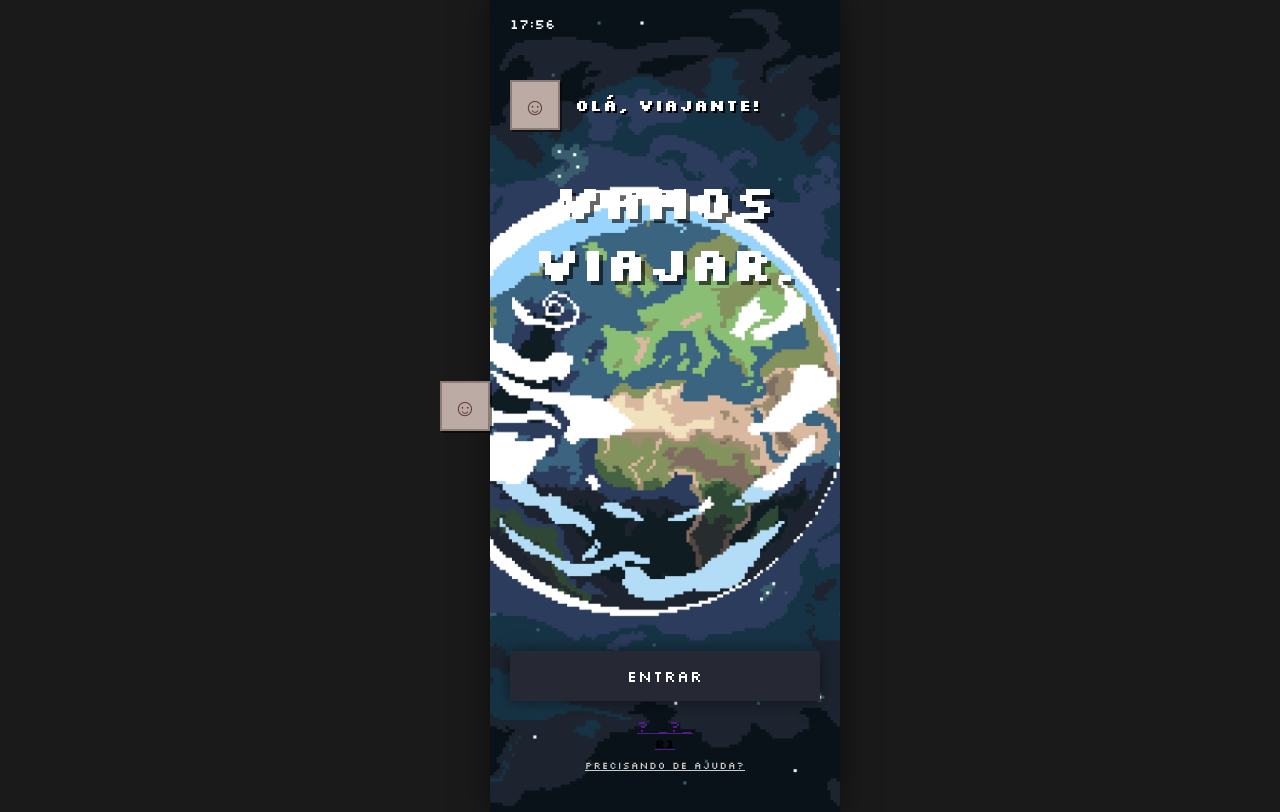
Repository: Davsool/Passport
Page: home.html
The author's editor kept a copy of each file at every save. The page is drawn from the files as they stood at one save, then again after the next save.
The browser window is 1280 px wide. The pictures show the whole page.

Above is the page before, as saved 2025-12-30 01:19:54.

### home.html
<!DOCTYPE html>
<html lang="pt-br">
<head>
    <meta charset="UTF-8">
    <meta name="viewport" content="width=device-width, initial-scale=1.0">
    <title>Nosso Mundinho - Home</title>

    <link rel="preconnect" href="https://fonts.googleapis.com">
    <link rel="preconnect" href="https://fonts.gstatic.com" crossorigin>
    <link href="https://fonts.googleapis.com/css2?family=Silkscreen:wght@400;700&display=swap" rel="stylesheet">

    <link rel="stylesheet" href="style.css">
</head>
<body>
         <div class="avatar-display">
    <img id="userAvatarDisplay" src="" alt="Avatar" style="display: none;">
    <div id="defaultIcon" class="default-face">☺</div>

    <div id="userMenu" class="user-menu">
        <button class="menu-btn-option" onclick="irParaPerfil()">EDITAR PERFIL</button>
        <button class="menu-btn-option" onclick="irParaHome()">VOLTAR PRA HOME</button>
        <button class="menu-btn-option" onclick="sairDoApp()" style="color: #ff5555;">SAIR</button>
    </div>
</div>


    <!-- Tela Home (Terra) -->
    <div class="phone-screen screen-earth">

        <!-- O REMENDO (PATCH) PARA O FUNDO -->
        <div class="bg-patch"></div>

        <header class="status-bar">
            <span id="relogio">--:--</span>
        </header>

        <main class="content content-home">

            <!-- Cabeçalho com Foto e Nome -->
            <div class="home-header">
                <div class="avatar-display">
                    <img id="userAvatarDisplay" src="" alt="Avatar" style="display: none;">
                    <div id="defaultIcon" class="default-face">☺</div>
                </div>

                <h2 class="greeting-text" id="saudacaoNome">OLÁ, VIAJANTE!</h2>
            </div>

            <!-- Título Principal -->
            <h1 class="travel-title">VAMOS<br>VIAJAR.</h1>

            <!-- Botão Entrar e Ajuda -->
            <div class="home-footer">
                <button class="btn-submit btn-home">ENTRAR</button>

                <!-- Container para o botão ? e o link de ajuda -->
                <div class="help-container">

                    <!-- BOTÃO GLITCH DE AJUDA (?) -->
                    <a href="" target="_blank" class="radio-wrapper help-btn-wrapper">
                        <div class="btn">
                            ?
                            <span class="btn__glitch">_?_</span>
                            <label class="number">r1</label>
                        </div>
                    </a>

                    <a href="#" class="help-link">PRECISANDO DE AJUDA?</a>
                </div>
            </div>

        </main>

        <!-- === MODAL / CAIXA FLUTUANTE === -->
        <div id="modalOverlay" class="modal-overlay" style="display: none;">
            <div class="modal-box">
                <!-- Botão Fechar (Imagem) -->
                <img src="src/fechar.png" id="closeModal" class="close-btn-img" alt="Fechar">

                <h3 class="modal-title">ACESSO RESTRITO</h3>
                <p class="modal-desc">INSIRA O CÓDIGO DE 6 DÍGITOS:</p>

                <input type="text" id="inputCodigo" maxlength="6" placeholder="000000" autocomplete="off">

                <button id="btnValidarCodigo" class="btn-submit btn-modal">CONFIRMAR</button>
            </div>
        </div>
        <!-- === FIM DO MODAL === -->

    </div>

    <script src="script.js"></script>
</body>
</html>

### style.css
/* ================================================== */
/* 1. RESET E ESTRUTURA BÁSICA                        */
/* ================================================== */
* {
    margin: 0;
    padding: 0;
    box-sizing: border-box;
    font-family: 'Silkscreen', cursive;
}

body {
    background-color: #1a1a1a;
    display: flex;
    justify-content: center;
    align-items: center;
    min-height: 100vh;
}

/* A moldura do telemóvel */
.phone-screen {
    width: 350px; /* Ajuste para 315px se preferir mais estreito */
    height: 812px;
    /* Imagem de fundo da moldura */
    background-image: url('src/pink.gif');
    background-size: cover;
    background-position: center;
    position: relative;
    overflow: hidden;
    box-shadow: 0 0 30px rgba(0,0,0,0.5);
    display: flex;
    flex-direction: column;
}

/* Barra de Status (Relógio) */
.status-bar {
    padding: 15px 20px;
    display: flex;
    justify-content: space-between;
    align-items: center;
    color: #fff;
    font-size: 14px;
    position: absolute;
    top: 0; left: 0; width: 100%;
    z-index: 10;
}

/* Contentor Padrão (Login/Registo) */
.content {
    flex: 1;
    display: flex;
    flex-direction: column;
    justify-content: center;
    padding: 0 30px;
    margin-top: 40px;
}

/* ================================================== */
/* 2. COMPONENTES VISUAIS (Logótipos, Inputs, Botões) */
/* ================================================== */

.logo {
    font-size: 40px;
    color: #fff;
    text-align: center;
    line-height: 1.2;
    text-shadow: 4px 4px 0 rgba(0,0,0,0.2);
    margin-bottom: 40px;
}

.section-title {
    color: #fff;
    font-size: 18px;
    margin-bottom: 15px;
    letter-spacing: 1px;
    display: flex;
    align-items: center;
    gap: 8px;
}

.square-dot {
    display: inline-block;
    width: 8px;
    height: 8px;
    background-color: #fff;
    box-shadow: 2px 2px 0 rgba(0,0,0,0.2);
}

.input-group { margin-bottom: 20px; }

label {
    display: block;
    font-size: 12px;
    color: #000;
    margin-bottom: 8px;
    font-weight: bold;
    letter-spacing: 0.5px;
}

input {
    width: 100%;
    padding: 15px;
    border: none;
    font-size: 14px;
    background: #fff;
    color: #555;
    outline: none;
}

input::placeholder { color: #bbb; }

.password-container {
    position: relative;
    display: flex;
    align-items: center;
}

#btnToggleSenha {
    position: absolute;
    right: 10px;
    background: none;
    border: none;
    cursor: pointer;
    display: flex;
    align-items: center;
    opacity: 0.7;
}

.forgot-link {
    display: block;
    text-align: right;
    color: #2b2b40;
    font-size: 10px;
    text-decoration: underline;
    margin-bottom: 30px;
    font-weight: bold;
}

.btn-submit {
    width: 100%;
    padding: 15px;
    background-color: #262833;
    color: #fff;
    border: none;
    font-size: 16px;
    cursor: pointer;
    letter-spacing: 1px;
    margin-bottom: 30px;
    transition: background 0.2s;
}

.btn-submit:hover { background-color: #404250; }

.signup-area {
    text-align: center;
    font-size: 10px;
    color: #2b2b40;
    font-weight: bold;
    line-height: 1.6;
}

.signup-area a { color: #2b2b40; text-decoration: underline; }

/* Decoração Pixelizada */
.pixel-deco {
    position: absolute;
    background: #fff;
    width: 6px;
    height: 6px;
    box-shadow: 0 0 5px rgba(255,255,255,0.5);
}
.p1 { top: 15%; left: 20%; }
.p2 { top: 12%; right: 25%; width: 8px; height: 8px; }
.p3 { top: 38%; left: 45%; }


/* ================================================== */
/* 3. ECRÃ DE PERFIL                                  */
/* ================================================== */

.screen-galaxy {
    background-image: url('src/galaxy.png') !important;
}

.back-btn {
    position: absolute;
    top: 50px;
    left: 20px;
    z-index: 20;
    cursor: pointer;
    opacity: 0.9;
    transition: transform 0.2s;
}
.back-btn:hover { transform: scale(1.1); }

.content-center {
    justify-content: flex-start;
    padding-top: 100px;
}

.page-title {
    color: #fff;
    font-size: 32px;
    text-align: center;
    margin-bottom: 40px;
    text-shadow: 3px 3px 0 rgba(0,0,0,0.5);
    letter-spacing: 2px;
}

/* Seletor de Avatar */
.avatar-selector-wrapper {
    display: flex;
    flex-direction: column;
    align-items: center;
    margin-bottom: 30px;
}

.avatar-big-preview {
    width: 120px;
    height: 120px;
    background-color: #2c2e3a;
    border: 4px solid #fff;
    box-shadow: 6px 6px 0 rgba(0,0,0,0.3);
    margin-bottom: 20px;
    overflow: hidden;
    padding: 0; /* Garante que não tenha espaço interno */
    display: flex; /* Ajuda a remover espaços fantasma de img */
}

.avatar-big-preview img {
    width: 100%;
    height: 100%;
    object-fit: cover; /* Preenche todo o quadrado cortando excessos */
    display: block;
}

.avatar-options { display: flex; gap: 15px; }

.avatar-option {
    width: 50px; height: 50px;
    cursor: pointer;
    border: 2px solid transparent;
    opacity: 0.6;
    transition: all 0.2s;
    background-color: #2c2e3a;

    /* Ajuste para o ícone de coração caber bem dentro */
    padding: 10px;
    object-fit: contain;

    /* --- CORREÇÃO: TORNAR O ÍCONE BRANCO --- */
    filter: brightness(0) invert(1);
}

.avatar-option:hover { opacity: 1; transform: scale(1.1); }

.avatar-option.selected {
    opacity: 1;
    border: 2px solid #4CAF50; /* Borda verde quando selecionado */
    box-shadow: 0 0 10px rgba(76, 175, 80, 0.5);
    transform: scale(1.1);
    background-color: #2c2e3a;
}

.profile-form label {
    color: #fff !important;
    text-shadow: 1px 1px 0 #000;
}


/* ================================================== */
/* 4. ECRÃ HOME (Terra)                               */
/* ================================================== */

.screen-earth {
    background-image: url('src/world.png');
    background-size: cover;
    background-position: center center;
}

.content-home {
    padding-top: 40px;
    padding-bottom: 40px;
    padding-left: 20px;
    padding-right: 20px;
    display: flex;
    flex-direction: column;
    justify-content: space-between;
    align-items: flex-start;
    height: 100%;
}

.home-header {
    display: flex;
    align-items: center;
    gap: 15px;
    width: 100%;
    margin-bottom: 20px;
    position: relative;
    z-index: 500; /* Garante que o menu dentro fique acima de tudo */
}

.avatar-display {
    width: 50px;
    height: 50px;
    background-color: #bcaaa4;
    border: 2px solid #8d7b75;
    display: flex;
    justify-content: center;
    align-items: center;
    overflow: visible;
    box-shadow: 2px 2px 0 rgba(0,0,0,0.5);
    position: relative;
    cursor: pointer;
    z-index: 500;
    padding: 0; /* Remove padding para a foto colar na borda */
}

.avatar-display:active { transform: scale(0.95); }

.avatar-display img {
    width: 100%;
    height: 100%;
    object-fit: cover; /* Preenche todo o quadrado */
    display: block;
}

.default-face { font-size: 24px; color: #5d4037; }

.greeting-text {
    font-size: 16px;
    color: #fff;
    text-shadow: 2px 2px 0 #000;
    letter-spacing: 1px;
    white-space: nowrap;
}

.travel-title {
    font-size: 48px;
    color: #fff;
    text-align: center;
    line-height: 1.3;
    text-shadow: 4px 4px 0 rgba(0,0,0,0.6);
    margin-top: 20px;
    margin-bottom: auto;
    width: 100%;
}

.home-footer { width: 100%; text-align: center; }
.btn-home { margin-bottom: 15px; box-shadow: 0 0 15px rgba(0,0,0,0.5); }
.help-link { font-size: 10px; color: #ccc; text-decoration: underline; display: block; letter-spacing: 1px; }


/* ================================================== */
/* 5. MODAL DE SENHA (Caixa Flutuante)                */
/* ================================================== */

.modal-overlay {
    position: absolute;
    top: 0; left: 0; width: 100%; height: 100%;
    background-color: rgba(0, 0, 0, 0.85);
    z-index: 100;
    display: flex;
    justify-content: center;
    align-items: center;
    backdrop-filter: blur(2px);
    padding: 20px;
}

.modal-box {
    width: 100%;
    max-width: 280px;
    background-color: #2c2e3a;
    border: 2px solid #fff;
    box-shadow: 6px 6px 0 rgba(0, 0, 0, 0.5);
    padding: 25px 15px;
    position: relative;
    text-align: center;
    animation: pixelPop 0.3s cubic-bezier(0.175, 0.885, 0.32, 1.275);
}

@keyframes pixelPop {
    from { transform: scale(0.8); opacity: 0; }
    to { transform: scale(1); opacity: 1; }
}

.modal-title {
    color: #fff; font-size: 16px; margin-bottom: 8px; letter-spacing: 1px;
    text-shadow: 2px 2px 0 #000;
}

.modal-desc { color: #ccc; font-size: 9px; margin-bottom: 15px; text-transform: uppercase; }

#inputCodigo {
    width: 100%;
    background-color: #fff; color: #000;
    border: 2px solid #000;
    font-size: 22px; font-weight: bold;
    text-align: center; letter-spacing: 6px;
    padding: 10px 0; margin-bottom: 20px;
    box-shadow: inset 2px 2px 0 rgba(0,0,0,0.2);
    outline: none;
}

.btn-modal {
    width: 100%;
    background-color: #4CAF50; color: #fff;
    border: none; padding: 12px;
    font-size: 14px; text-transform: uppercase;
    cursor: pointer;
    box-shadow: 0 4px 0 #2e7d32;
    transition: all 0.1s;
    margin-bottom: 0;
}

.btn-modal:active { transform: translateY(4px); box-shadow: 0 0 0 #2e7d32; }

.close-btn-img {
    position: absolute; top: 10px; right: 10px;
    width: 20px; height: 20px;
    cursor: pointer; transition: transform 0.2s;
    filter: brightness(0) invert(1);
}
.close-btn-img:hover { transform: scale(1.2); }


/* ================================================== */
/* 6. ECRÃS DE PAÍSES (Brasil, Japão...)              */
/* ================================================== */

.screen-brasil {
    background-image: url('src/favela.gif');
    background-size: cover;
    background-position: center;
    box-shadow: inset 0 0 0 2000px rgba(0, 0, 0, 0.3);
}

.city-header {
    padding-top: 70px;
    padding-left: 20px;
    padding-right: 20px;
    margin-bottom: 10px;
}

.content-city {
    padding: 0 20px;
    flex: 1;
    display: flex;
    flex-direction: column;
    align-items: center;
    justify-content: flex-start; /* Botões no fundo */

    /* CORREÇÃO: Remove espaço extra no fundo */
    padding-bottom: 0;
}

.city-title {
    font-size: 32px;
    color: #fff;
    text-shadow: 4px 4px 0 #000;
    margin-bottom: 20px;
    text-align: center;
    letter-spacing: 2px;
    z-index: 10;
}

.city-cover-box {
    width: 200px;
    height: 200px;
    margin-top: auto; /* Centraliza verticalmente no espaço vazio */
    margin-bottom: auto;
    border: 3px solid #fff;
    box-shadow: 6px 6px 0 rgba(0,0,0,0.5);
    background-color: rgba(0,0,0,0.2);
    display: flex;
    justify-content: center;
    align-items: center;
    overflow: hidden;
}

.city-cover-box img {
    max-width: 100%; max-height: 100%; object-fit: contain;
}

/* ================================================== */
/* 6.1 Extras dos países (Brasil)              */
/* ================================================== */

.CulinariaBra{
    color: #ffff
}


/* Botão mutado */
.music-btn.music-muted {
    background-image: url("../src/mute.png");
    background-color: transparent !important;
    border: none !important;
    outline: none;
    margin-left: auto; /* Empurra para a direita */
    cursor: pointer;
    padding: 5px;
    display: flex;
    align-items: center;
    justify-content: center;
    transition: transform 0.2s;
    width: 32px;
    height: 32px;
    background-size: contain;
    background-repeat: no-repeat;
    background-position: center;
    opacity: 0.4;
}

/* Botão no mood tocar rádio */
.music-btn.music-playing {
    background-image: url("../src/volume.png");
    background-color: transparent !important;
    border: none !important;
    outline: none;
    margin-left: auto; /* Empurra para a direita */
    cursor: pointer;
    padding: 5px;
    display: flex;
    align-items: center;
    justify-content: center;
    transition: transform 0.2s;
    width: 32px;
    height: 32px;
    background-size: contain;
    background-repeat: no-repeat;
    background-position: center;
}


/* ================================================== */
/* 7. GRELHA DO MENU (Estilo Atualizado)              */
/* ================================================== */

.menu-grid {
    display: grid;
    grid-template-columns: 1fr 1fr;
    gap: 15px;
    width: 100%;
    margin-top: 0;

    /* Pequena margem inferior para não colar no fim do ecrã */
    margin-bottom: 20px;
}

.menu-item {
    background-color: #2c2e3a;
    border: none;
    aspect-ratio: 1 / 1;
    position: relative;
    cursor: pointer;
    box-shadow: 4px 4px 0 rgba(0,0,0,0.3);
    transition: transform 0.2s;
    display: block;
    padding: 0;
}

.menu-item:hover { background-color: #353846; }
.menu-item:active { transform: translateY(2px); box-shadow: 2px 2px 0 rgba(0,0,0,0.3); }

.menu-icon {
    position: absolute;
    top: 15px; left: 15px;
    width: 28px; height: 28px;
    filter: brightness(0) invert(1);
}

.menu-label {
    position: absolute;
    bottom: 15px; left: 15px;
    color: #fff;
    font-size: 13px; font-weight: bold;
    text-transform: uppercase;
    letter-spacing: 1px;
    text-align: left;
}


/* ================================================== */
/* 8. MODAIS DE DETALHES (Info, Pontos...)            */
/* ================================================== */

.detail-screen {
    position: absolute;
    top: 0; left: 0; width: 100%; height: 100%;
    background-color: rgba(0, 0, 0, 0.85);
    z-index: 200;
    display: flex; justify-content: center; align-items: center;
    padding: 20px;
    opacity: 0; visibility: hidden;
    transition: all 0.2s ease-in-out;
    backdrop-filter: blur(2px);
}

.detail-screen.active { opacity: 1; visibility: visible; }

.detail-box {
    width: 100%; max-height: 80%;
    background-color: #2c2e3a;
    border: 2px solid #fff;
    box-shadow: 6px 6px 0 rgba(0,0,0,0.5);
    display: flex; flex-direction: column;
    position: relative;
    transform: scale(0.9); transition: transform 0.2s;
}

.detail-screen.active .detail-box { transform: scale(1); }

.detail-header {
    display: flex; align-items: center; justify-content: center;
    padding: 15px;
    border-bottom: 2px solid #fff;
    background-color: #23252f;
}

.detail-title {
    color: #fff; font-size: 18px; letter-spacing: 1px; margin: 0;
    text-shadow: 2px 2px 0 #000;
}

.close-detail-btn {
    position: absolute; top: 12px; right: 12px;
    background: none; border: none; cursor: pointer; padding: 0;
}

.close-detail-btn img {
    width: 20px; height: 20px;
    filter: brightness(0) invert(1); transition: transform 0.2s;
}
.close-detail-btn:hover img { transform: scale(1.2); }

.detail-content {
    padding: 20px;
    color: #ddd; font-size: 12px; line-height: 1.6;
    text-align: justify;
    overflow-y: auto;
}

.detail-content::-webkit-scrollbar { width: 6px; }
.detail-content::-webkit-scrollbar-thumb { background-color: #fff; border: 2px solid #2c2e3a; }


/* ================================================== */
/* 9. MENU DO UTILIZADOR (Dropdown)                   */
/* ================================================== */

.user-menu {
    display: none;
    position: absolute;
    top: 60px; left: 0;
    background-color: #2c2e3a;
    border: 2px solid #fff;
    box-shadow: 4px 4px 0 rgba(0,0,0,0.5);
    flex-direction: column;
    width: 160px;
    z-index: 600;
}

.user-menu.active {
    display: flex;
    animation: menuPop 0.2s ease-out;
}

@keyframes menuPop {
    from { opacity: 0; transform: translateY(-10px); }
    to { opacity: 1; transform: translateY(0); }
}

.menu-btn-option {
    background: none; border: none;
    color: #fff;
    font-family: 'Silkscreen', cursive;
    font-size: 10px; text-align: left;
    padding: 12px 10px;
    cursor: pointer;
    border-bottom: 1px solid rgba(255,255,255,0.1);
    width: 100%;
}

.menu-btn-option:last-child { border-bottom: none; }
.menu-btn-option:hover { background-color: #404250; color: #ffff00; }

Loaded but not shown: script.js (325 lines, source omitted)

After the next save:
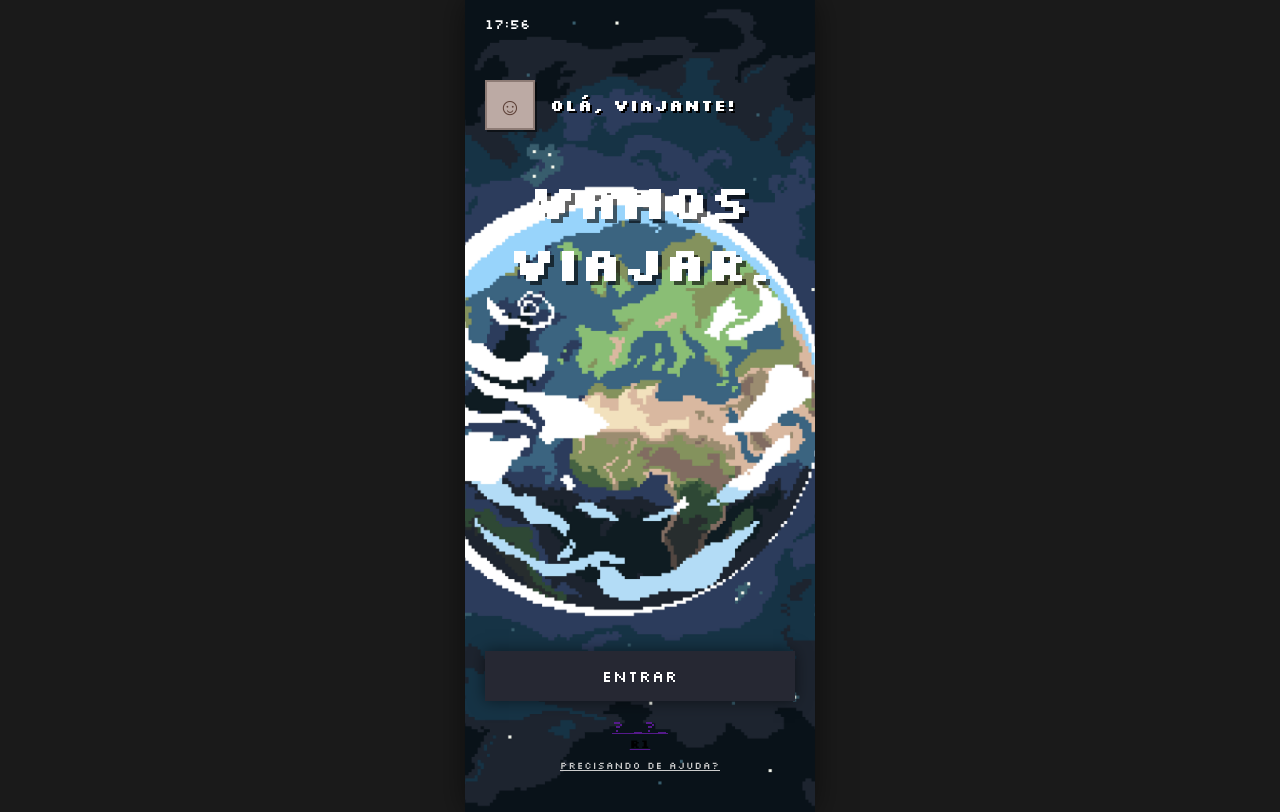
Saved 18 s later.
--- a/home.html
+++ b/home.html
@@ -12,9 +12,6 @@
     <link rel="stylesheet" href="style.css">
 </head>
 <body>
-         <div class="avatar-display">
-    <img id="userAvatarDisplay" src="" alt="Avatar" style="display: none;">
-    <div id="defaultIcon" class="default-face">☺</div>
 
     <div id="userMenu" class="user-menu">
         <button class="menu-btn-option" onclick="irParaPerfil()">EDITAR PERFIL</button>
